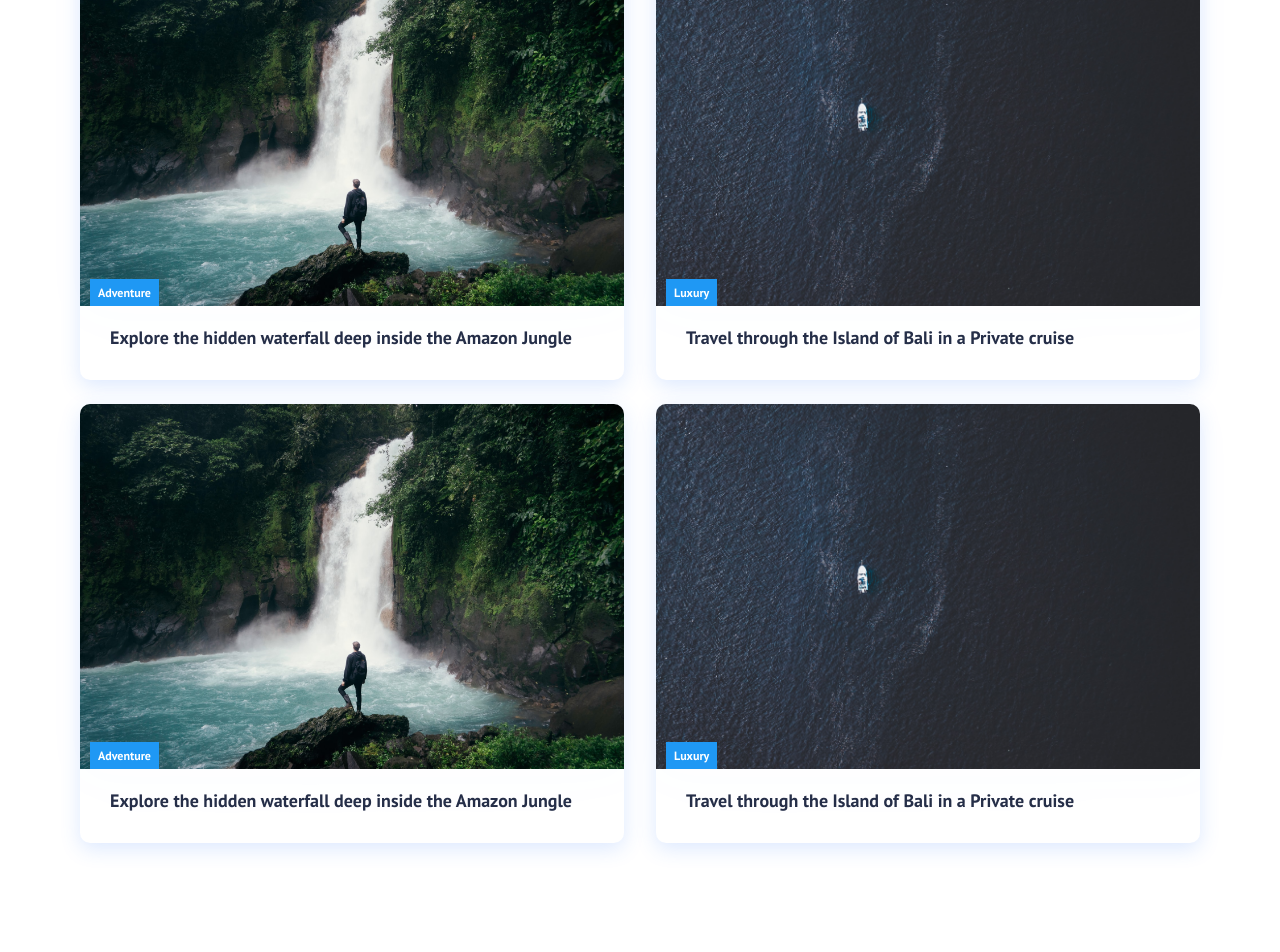
Repository: Yekta-Behzadi/site-with-react
Page: /
An editor plug-in stored every save of this project. The page is shown before and after the next save, followed by the edit.
The browser window is 1280 px wide. The pictures show the part of the page from y = 642 to 1594 px (the page is 1594 px tall before and 1489 px after).
Some web libraries are served in a nearby version. The project was rebuilt for these pictures with package versions that can differ from the ones it lists, and the page was loaded fresh each time.

Above is the page before, as saved 2020-12-28 14:41:28.

### public/index.html
<!DOCTYPE html>
<html lang="en">
  <head>
    <meta charset="utf-8" />
    <link rel="icon" href="%PUBLIC_URL%/favicon.ico" />
    <meta name="viewport" content="width=device-width, initial-scale=1" />
    <meta name="theme-color" content="#000000" />
    <meta
      name="description"
      content="Web site created using create-react-app"
    />
    <link rel="apple-touch-icon" href="%PUBLIC_URL%/logo192.png" />
    <!--
      manifest.json provides metadata used when your web app is installed on a
      user's mobile device or desktop. See https://developers.google.com/web/fundamentals/web-app-manifest/
    -->
    <link rel="manifest" href="%PUBLIC_URL%/manifest.json" />
    <!--
      Notice the use of %PUBLIC_URL% in the tags above.
      It will be replaced with the URL of the `public` folder during the build.
      Only files inside the `public` folder can be referenced from the HTML.

      Unlike "/favicon.ico" or "favicon.ico", "%PUBLIC_URL%/favicon.ico" will
      work correctly both with client-side routing and a non-root public URL.
      Learn how to configure a non-root public URL by running `npm run build`.
    -->
    <script src="https://kit.fontawesome.com/5deef7d942.js" crossorigin="anonymous"></script>
    <link
    href="https://fonts.googleapis.com/css2?family=PT+Sans:wght@700&display=swap"
    rel="stylesheet"
  />
    <title>React App</title>
  </head>
  <body>
    <noscript>You need to enable JavaScript to run this app.</noscript>
    <div id="root"></div>
    <!--
      This HTML file is a template.
      If you open it directly in the browser, you will see an empty page.

      You can add webfonts, meta tags, or analytics to this file.
      The build step will place the bundled scripts into the <body> tag.

      To begin the development, run `npm start` or `yarn start`.
      To create a production bundle, use `npm run build` or `yarn build`.
    -->
  </body>
</html>

### src/App.js
import React from 'react'
import './App.css';
import Navbar from './components/navbar/Navbar';
import {BrowserRouter as Router, Switch, Route,Redirect} from 'react-router-dom'
import Home from './pages/Home'


function App() {
  return (
    <>
    <Router>
    <Navbar/>
      <Switch>
        <Route path='/' exact component={Home} />

      </Switch>
    </Router>
    </>
  );
}

export default App;

### src/App.css
* {
  box-sizing: border-box;
  margin: 0;
  padding: 0;
  font-family: 'PT Sans', sans-serif;
}

.home,
.services,
.products,
.sign-up {
  display: flex;
  height: 90vh;
  align-items: center;
  justify-content: center;
  font-size: 3rem;
}

.services {
  /* background-image: url('/images/img-2.jpg'); */
  background-position: center;
  background-size: cover;
  background-repeat: no-repeat;
  color: #fff;
  font-size: 100px;
}

.products {
  /* background-image: url('/images/img-1.jpg'); */
  background-position: center;
  background-size: fill;
  background-repeat: no-repeat;
  color: #fff;
  font-size: 100px;
}

.sign-up {
  /* background-image: url('/images/img-8.jpg'); */
  background-position: center;
  background-size: cover;
  background-repeat: no-repeat;
  color: #fff;
  font-size: 100px;
}

### src/components/navbar/Navbar.js
import React,{useState,useEffect} from 'react'
import { Link } from 'react-router-dom'
import { Button } from '../button/Button';
import './Navbar.css'

const Navbar = () => {
const [click, setClick] = useState(false);

const [button, setButton] = useState(true)
const handleClick = ()=> setClick(!click);

const closeMobileMenu = ()=> setClick(false)

const showButton = () =>{
  if (window.innerWidth <= 960) {
    setButton(false)
  }else{
    setButton(true)
  }
}

useEffect(() => {
  showButton()

}, []);

window.addEventListener('resize', showButton);
  return (
    <>
    <nav className="navbar">
      <div className="navbar-container">
        <Link to= '/' className='navbar-logo' onClick={closeMobileMenu} >
          <a>
           LOGO <i class="fab fa-typo3"></i>
            </a>
            </Link>
            <div className="menu-icon" onClick={handleClick} >
              <i className={click ? 'fas fa-times' : 'fas fa-bars'} />
            </div>

            <ul className={click ? 'nav-menu active' : 'nav-menu'} >
              <li className="nav-item">
                <Link to='/'className ='nav-links' onClick={closeMobileMenu} >
                  Home
                </Link>
              </li>
              <li className="nav-item">
                <Link to='/services'className ='nav-links' onClick={closeMobileMenu} >
                  Services
                </Link>
              </li>
              <li className="nav-item">
                <Link to='/products'className ='nav-links' onClick={closeMobileMenu} >
                  Products
                </Link>
              </li>
              <li className="nav-item">
                <Link to='/sign-up'className ='nav-links-mobile' onClick={closeMobileMenu} >
                  Sign Up
                </Link>
              </li>
            </ul>
            {button && <Button buttonStyle='btn--outline' >Sign UP</Button>}
      </div>
    </nav>
    </>
  )
}

export default Navbar

### src/pages/Home.js
import React from 'react'
import '../App.css'
import HeroSection from '../components/HeroSection/HeroSection'
import Cards from '../components/cards/Cards'

const Home = () =>{
  return(
    <>
    <HeroSection/>
    <Cards/>
    </>
  )
}



export default Home

### src/components/button/Button.js
import React from "react";
import "./button.css";
import { Link } from "react-router-dom";

const STYLES = ["btn--perimary", "btn--outline"];
const SIZES = ["btn--medium", "btn--large"];

export const Button = ({
  children,
  type,
  onClick,
  buttonStyle,
  buttonSize,
}) => {
  const checkButtonStyle = STYLES.includes(buttonStyle)
    ? buttonStyle
    : STYLES[0];
  const checkButtonSize = SIZES.includes(buttonSize)
   ? buttonSize
   : SIZES[0];

   return(
     <Link to='/sign-up' className='btn-mobile' >
       <button className={`btn ${checkButtonStyle} ${checkButtonSize}` }
       onClick={onClick}
       type={type} >
         {children}
       </button>
     </Link>
   )
};

### src/components/navbar/Navbar.css
.navbar {
  background: linear-gradient(90deg, rgb(28, 27, 27) 0%, rgb(26, 23, 23) 100%);
  height: 80px;
  display: flex;
  justify-content: center;
  align-items: center;
  font-size: 1.2rem;
  position: sticky;
  top: 0;
  z-index: 999;
}

.navbar-container {
  display: flex;
  justify-content: center;
  align-items: center;
  height: 80px;
  max-width: 1500px;
}

.navbar-logo {
  color: #fff;
  justify-self: start;
  margin-left: 20px;
  cursor: pointer;
  text-decoration: none;
  font-size: 2rem;
  display: flex;
  align-items: center;
}

.fa-typo3 {
  margin-left: 0.5rem;
  font-size: 1.8rem;
}

.nav-menu {
  display: grid;
  grid-template-columns: repeat(4, auto);
  grid-gap: 10px;
  list-style: none;
  text-align: center;
  width: 60vw;
  justify-content: end;
  margin-right: 2rem;
}

.nav-item {
  height: 80px;
}

.nav-links {
  color: #fff;
  display: flex;
  align-items: center;
  text-decoration: none;
  padding: 0.5rem 1rem;
  height: 100%;
}

.nav-links:hover {
  border-bottom: 4px solid #fff;
  transition: all 0.2s ease-out;
}

.fa-bars {
  color: #fff;
}

.nav-links-mobile {
  display: none;
}

.menu-icon {
  display: none;
}

@media screen and (max-width: 960px) {
  .NavbarItems {
    position: relative;
  }

  .nav-menu {
    display: flex;
    flex-direction: column;
    width: 100%;
    height: 90vh;
    position: absolute;
    top: 80px;
    left: -100%;
    opacity: 1;
    transition: all 0.5s ease;
  }

  .nav-menu.active {
    background: #242222;
    left: 0;
    opacity: 1;
    transition: all 0.5s ease;
    z-index: 1;
  }

  .nav-links {
    text-align: center;
    padding: 2rem;
    width: 100%;
    display: table;
  }

  .nav-links:hover {
    background-color: #fff;
    color: #242424;
    border-radius: 0;
  }

  .navbar-logo {
    position: absolute;
    top: 0;
    left: 0;
    transform: translate(25%, 50%);
  }

  .menu-icon {
    display: block;
    position: absolute;
    top: 0;
    right: 0;
    transform: translate(-100%, 60%);
    font-size: 1.8rem;
    cursor: pointer;
  }

  .fa-times {
    color: #fff;
    font-size: 2rem;
  }

  .nav-links-mobile {
    display: block;
    text-align: center;
    margin: 2rem auto;
    border-radius: 4px;
    width: 80%;
    text-decoration: none;
    font-size: 1.5rem;
    background-color: transparent;
    color: #fff;
    padding: 14px 20px;
    border: 1px solid #fff;
    transition: all 0.3s ease-out;
  }

  .nav-links-mobile:hover {
    background: #fff;
    color: #242424;
    transition: 250ms;
  }
}

### src/components/HeroSection/HeroSection.js
import React from 'react'
import { Button } from '../button/Button'
import './HeroSection.css'
import '../../App.css'
const HeroSection = () => {
  return (
    <div className='hero-container' >
      <video src="/videos/video-2.mp4" muted autoPlay loop/>
      <h1>Adventure Await</h1>
      <p>what are you waiting for?</p>

      <div className="hero-btns">
        <Button className = 'btns' buttonStyle = 'btn--outline' buttonSize = 'btn--large'>Get Started</Button>
        <Button className = 'btns' buttonStyle = 'btn--primary' buttonSize = 'btn--large'>Watch Trailer
        <i className='far fa-play-circle' /></Button>
      </div>

    </div>
  )
}

export default HeroSection

### src/components/cards/Cards.js
import React from 'react'
import CardItem from '../cardItem/CardItem'
import './Cards.css'
function Cards() {
  return (
    <div className='cards' >
      <h1> Check out these EPIC Destination!</h1>
      <div className="card__container">
        <div className="cards__wrapper">
          <ul className="cards__items">
            <CardItem
            src='images/img-9.jpg'
            text='Explore the hidden waterfall deep inside the Amazon Jungle'
            label='Adventure'
            path='/services' />
            <CardItem
            src='images/img-3.jpg'
            text='Travel through the Island of Bali in a Private cruise'
            label='Luxury'
            path='/services' />
          </ul>
          <ul className="cards__items">
            <CardItem
            src='images/img-9.jpg'
            text='Explore the hidden waterfall deep inside the Amazon Jungle'
            label='Adventure'
            path='/services' />
            <CardItem
            src='images/img-3.jpg'
            text='Travel through the Island of Bali in a Private cruise'
            label='Luxury'
            path='/services' />
          </ul>
        </div>
      </div>
    </div>
  )
}

export default Cards

### src/components/button/button.css
:root {
  --primary: #fff;
}

.btn{
  padding: 8px 20px;
  border:none;
  outline: none;
  cursor: pointer;
  border-radius: 2px;
}

.btn--primary {
  background-color: var(--primary);
  color: #242424;
  border:1px solid var(--primary)
}

.btn--outline{
  background-color: transparent;
  color: #fff;
  padding: 8px 20px;
  border:1px solid var(--primary);
  transition: all 0.3s ease-out;
}

.btn--medium{
  padding: 8px 20px;
  font-size: 20px;
}

.btn--large{
  padding: 12px 26px;
  font-size: 20px;
}

.btn--medium:hover, .btn--large:hover{
  background-color: #fff;
  transition: all 0.3s ease-out;
  color: #242424;
}

### src/components/HeroSection/HeroSection.css
video{
object-fit: cover;
width: 100%;
height: 100%;
position: fixed;
z-index: -1;
}

.hero-container{
  /* background: url('images/img-home.jpg') center center/cover no-repeat; */
  height: 100 vh;
  width: 100%;
  display: flex;
  flex-direction: column;
  justify-content: center;
  align-items: center;
  box-shadow: inset 0 0 0 1000px rgba(0,0,0,0.2);
  object-fit: contain;
}

.hero-container >h1 {
  color: #fff;
  font-size: 100px;
  /* margin-top: -100px; */
}

.hero-container >p{
  color: #fff;
  margin-top: 8px;
  font-size: 32px;
  font-family: 'Trebuchet MS', 'Lucida Sans Unicode', 'Lucida Grande', 'Lucida Sans', Arial, sans-serif;
}

.hero-btns {
  margin-top: 32px;
}

.hero-btns .btn{
  margin: 10px;
}

.fa-play-circle{
  margin-left: 4px;
}

@media screen and (max-width: 960px){
  .hero-container >h1 {
    font-size: 70px;
    /* margin-top: -150px; */
  }
}

@media screen and (max-width: 760px){
  .hero-container >h1 {
    font-size: 50px;
    /* margin-top: -100px; */
  }
}

.hero-container > p {
  font-size: 30px;
}

.btn-mobile {
  display: block;
  text-decoration: none;
}

.btn{
  width: 100%;
}

### src/components/cardItem/CardItem.js
import React from 'react'
import {Link} from 'react-router-dom'

const CardItem = ({path,src,text,label}) => {
  return (
    <>
    <li className="cards__item">
      <Link className='cards__item__link' to={path} >
        <figure className="cards__item__pic-wrap" data-category={label} >
          <img src={src} alt="Travel Image" className="cards__item__img"/>
        </figure>
        <div className="cards__item__info">
          <h5 className="cards__item__text"> {text} </h5>
        </div>
      </Link>

    </li>
    </>
  )
}

export default CardItem

### src/components/cards/Cards.css
.cards {
  padding: 4rem;
  background: #fff;
}

h1 {
  text-align: center;
}

.cards__container {
  display: flex;
  flex-flow: column;
  align-items: center;
  max-width: 1120px;
  width: 90%;
  margin: 0 auto;
}

.cards__wrapper {
  position: relative;
  margin: 50px 0 45px;
}

.cards__items {
  margin-bottom: 24px;
}

.cards__item {
  display: flex;
  flex: 1;
  margin: 0 1rem;
  border-radius: 10px;
}

.cards__item__link {
  display: flex;
  flex-flow: column;
  width: 100%;
  box-shadow: 0 6px 20px rgba(56, 125, 255, 0.17);
  -webkit-filter: drop-shadow(0 6px 20px rgba(56, 125, 255, 0.017));
  filter: drop-shadow(0 6px 20px rgba(56, 125, 255, 0.017));
  border-radius: 10px;
  overflow: hidden;
  text-decoration: none;
}

.cards__item__pic-wrap {
  position: relative;
  width: 100%;
  padding-top: 67%;
  overflow: hidden;
}

.fade-img {
  animation-name: fade-img;
  animation-duration: 2s;
}

.cards__item__pic-wrap::after {
  content: attr(data-category);
  position: absolute;
  bottom: 0;
  margin-left: 10px;
  padding: 6px 8px;
  max-width: calc((100%) - 60px);
  font-size: 12px;
  font-weight: 700;
  color: #fff;
  background-color: #1f98f4;
  box-sizing: border-box;
}

.cards__item__img {
  position: absolute;
  top: 0;
  right: 0;
  bottom: 0;
  left: 0;
  display: block;
  width: 100%;
  max-width: 100%;
  height: 100%;
  max-height: 100%;
  object-fit: cover;
  transition: all 0.2s linear;
}

.cards__item__img:hover {
  transform: scale(1.1);
}

.cards__item__info {
  padding: 20px 30px 30px;
}

.cards__item__text {
  color: #252e48;
  font-size: 18px;
  line-height: 24px;
}

@media only screen and (min-width: 1200px) {
  .content__blog__container {
    width: 84%;
  }
}

@media only screen and (min-width: 1024px) {
  .cards__items {
    display: flex;
  }
}

@media only screen and (max-width: 1024px) {
  .cards__item {
    margin-bottom: 2rem;
  }
}

Loaded but not shown: src/index.js (common file)

After the next save:
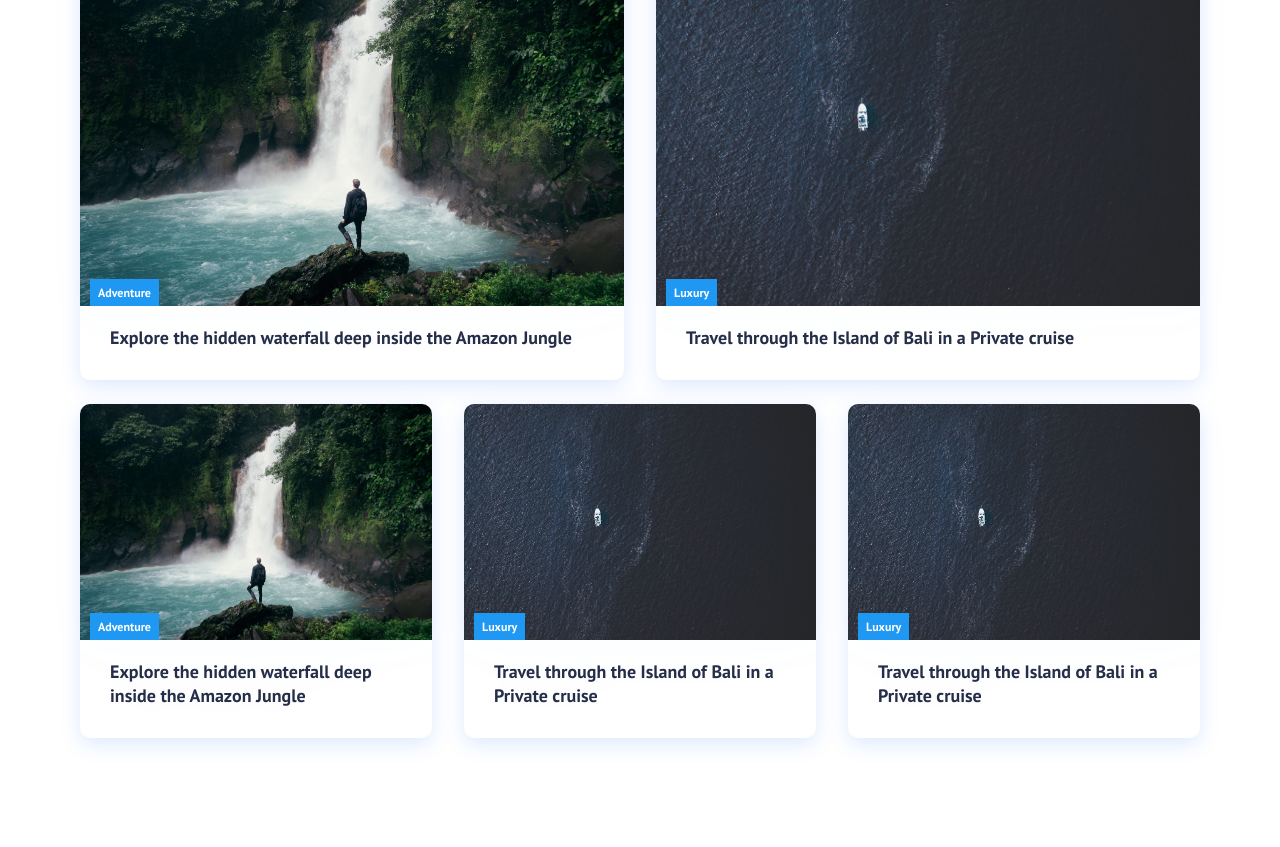
Saved 8 s later.
--- a/src/components/cards/Cards.js
+++ b/src/components/cards/Cards.js
@@ -30,6 +30,11 @@ function Cards() {
             text='Travel through the Island of Bali in a Private cruise'
             label='Luxury'
             path='/services' />
+             <CardItem
+            src='images/img-3.jpg'
+            text='Travel through the Island of Bali in a Private cruise'
+            label='Luxury'
+            path='/services' />
           </ul>
         </div>
       </div>
